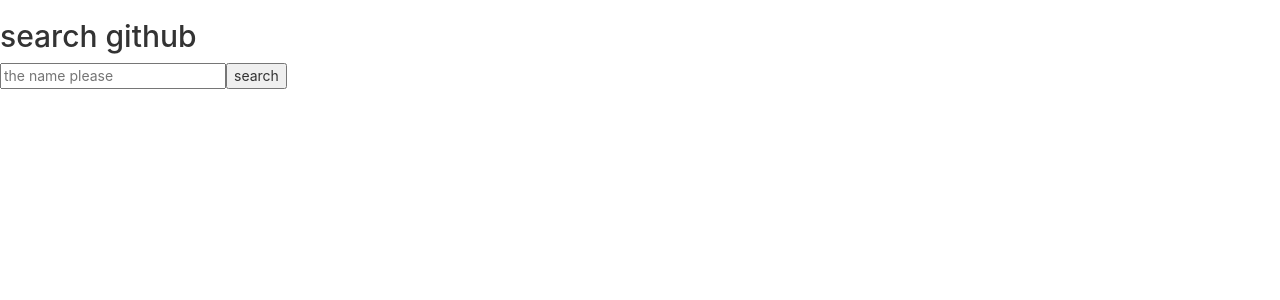
Repository: Shanshan67/React_a
Page: /
The author's editor kept a copy of each file at every save. The page is drawn from the files as they stood at one save, then again after a run of saves.
The browser window is 1280 px wide. The pictures show the whole page.
The project was rebuilt for these pictures with package versions that can differ from the ones it lists, and the page was loaded fresh each time.

Above is the page before, as saved 2022-12-10 01:39:54.

### public/index.html
<!DOCTYPE html>
<html lang="en">
  <head>
    <meta charset="utf-8" />
    <link rel="icon" href="%PUBLIC_URL%/favicon.ico" />
    <meta name="viewport" content="width=device-width, initial-scale=1" />
    <meta name="theme-color" content="#000000" />
    <meta
      name="description"
      content="Web site created using create-react-app"
    />
    <link rel="apple-touch-icon" href="%PUBLIC_URL%/logo192.png" />
    <!--
      manifest.json provides metadata used when your web app is installed on a
      user's mobile device or desktop. See https://developers.google.com/web/fundamentals/web-app-manifest/
    -->
    <link rel="manifest" href="%PUBLIC_URL%/manifest.json" />
    <link rel="stylesheet" href="/css/bootstrap.css" />
    <!--
      Notice the use of %PUBLIC_URL% in the tags above.
      It will be replaced with the URL of the `public` folder during the build.
      Only files inside the `public` folder can be referenced from the HTML.

      Unlike "/favicon.ico" or "favicon.ico", "%PUBLIC_URL%/favicon.ico" will
      work correctly both with client-side routing and a non-root public URL.
      Learn how to configure a non-root public URL by running `npm run build`.
    -->
    <title>React App</title>
  </head>
  <body>
    <noscript>You need to enable JavaScript to run this app.</noscript>
    <div id="root"></div>
    <!--
      This HTML file is a template.
      If you open it directly in the browser, you will see an empty page.

      You can add webfonts, meta tags, or analytics to this file.
      The build step will place the bundled scripts into the <body> tag.

      To begin the development, run `npm start` or `yarn start`.
      To create a production bundle, use `npm run build` or `yarn build`.
    -->
  </body>
</html>

### src/index.js
import React from 'react';
import ReactDOM from 'react-dom/client';

import './index.css';
import App from './App';

import reportWebVitals from './reportWebVitals';

const root = ReactDOM.createRoot(document.getElementById('root'));
root.render(

    <App/>

);

// If you want to start measuring performance in your app, pass a function
// to log results (for example: reportWebVitals(console.log))
// or send to an analytics endpoint. Learn more: https://bit.ly/CRA-vitals
reportWebVitals();

### src/App.jsx
import React, { Component } from 'react'
import List from './components/List'
import Search from './components/Search'
import './App.css'

export default class App extends Component {
  state={
    users:[],
    isFirst:true,
    isLoading:false,
    err:''
  }

  findUsers = (stateObj) => {
    this.setState(stateObj)
  }

  render() {
    return (
      <div>
        <Search findUsers={this.findUsers} />
        <List {...this.state} />
      </div>
    )
  }
}

### src/components/List/index.jsx
import React, { Component } from 'react'

export default class List extends Component {
  render() {
    const {users,isFirst, isLoading,err} = this.props
    return (
      <div>

        <div>
            <a href='' target='_blank'>
                <img src=''/>
            </a>
        </div>
      </div>
    )
  }
}

### src/components/Search/index.jsx
import React, { Component } from 'react'

export default class Search extends Component {
  search = async() => {
    const {value} = this.keyWord
    this.props.findUsers({isFirst:false, isLoading:true})
    try{
      const response = await fetch(`https://api.github.com/search/users?q=${value}`)
      const data = response.json()
      this.props.findUsers({isLoading:false,users:data.items})
    }catch(error){
      this.props.findUsers({isLoading:false,err:error.message})
    }
  }
  render() {
    return (
      <div>
        <h2>search github</h2>
        <div>
          <input ref={c=>this.keyWord=c} type="text" placeholder='the name please' />
          <button onClick={this.search}>search</button>
        </div>
      </div>
    )
  }
}

### src/App.css
.album {
  min-height: 50rem; /* Can be removed; just added for demo purposes */
  padding-top: 3rem;
  padding-bottom: 3rem;
  background-color: #f7f7f7;
}

.card {
  float: left;
  width: 33.333%;
  padding: .75rem;
  margin-bottom: 2rem;
  border: 1px solid #efefef;
  text-align: center;
}

.card > img {
  margin-bottom: .75rem;
  border-radius: 100px;
}

.card-text {
  font-size: 85%;
}

/*base*/
body {
  background: #fff;
}

.btn {
  display: inline-block;
  padding: 4px 12px;
  margin-bottom: 0;
  font-size: 14px;
  line-height: 20px;
  text-align: center;
  vertical-align: middle;
  cursor: pointer;
  box-shadow: inset 0 1px 0 rgba(255, 255, 255, 0.2), 0 1px 2px rgba(0, 0, 0, 0.05);
  border-radius: 4px;
}

.btn-danger {
  color: #fff;
  background-color: #da4f49;
  border: 1px solid #bd362f;
}

.btn-danger:hover {
  color: #fff;
  background-color: #bd362f;
}

.btn:focus {
  outline: none;
}

.todo-container {
  width: 600px;
  margin: 0 auto;
}
.todo-container .todo-wrap {
  padding: 10px;
  border: 1px solid #ddd;
  border-radius: 5px;
}

/*header*/
.todo-header input {
  width: 560px;
  height: 28px;
  font-size: 14px;
  border: 1px solid #ccc;
  border-radius: 4px;
  padding: 4px 7px;
}

.todo-header input:focus {
  outline: none;
  border-color: rgba(82, 168, 236, 0.8);
  box-shadow: inset 0 1px 1px rgba(0, 0, 0, 0.075), 0 0 8px rgba(82, 168, 236, 0.6);
}

/*main*/
.todo-main {
  margin-left: 0px;
  border: 1px solid #ddd;
  border-radius: 2px;
  padding: 0px;
}

.todo-empty {
  height: 40px;
  line-height: 40px;
  border: 1px solid #ddd;
  border-radius: 2px;
  padding-left: 5px;
  margin-top: 10px;
}
/*item*/
li {
  list-style: none;
  height: 36px;
  line-height: 36px;
  padding: 0 5px;
  border-bottom: 1px solid #ddd;
}

li label {
  float: left;
  cursor: pointer;
}

li label li input {
  vertical-align: middle;
  margin-right: 6px;
  position: relative;
  top: -1px;
}

li button {
  float: right;
  display: none;
  margin-top: 3px;
}

li:before {
  content: initial;
}

li:last-child {
  border-bottom: none;
}

/*footer*/
.todo-footer {
  height: 40px;
  line-height: 40px;
  padding-left: 6px;
  margin-top: 5px;
}

.todo-footer label {
  display: inline-block;
  margin-right: 20px;
  cursor: pointer;
}

.todo-footer label input {
  position: relative;
  top: -1px;
  vertical-align: middle;
  margin-right: 5px;
}

.todo-footer button {
  float: right;
  margin-top: 5px;
}

Loaded but not shown: src/index.css (common file); src/reportWebVitals.js (common file); public/css/bootstrap.css (library)

After the next 2 saves:
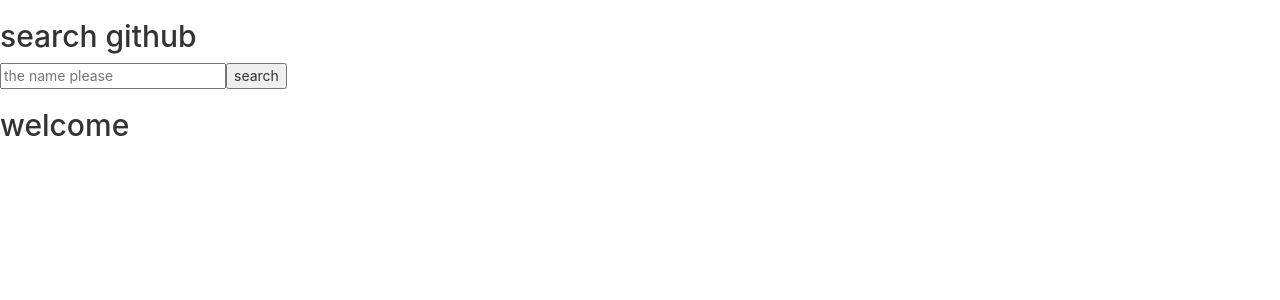
The 2 saves are shown as one change because 1 did not build or start.
The last was saved 4 min 4 s later.
--- a/src/components/List/index.jsx
+++ b/src/components/List/index.jsx
@@ -5,12 +5,20 @@
     const {users,isFirst, isLoading,err} = this.props
     return (
       <div>
-
-        <div>
-            <a href='' target='_blank'>
-                <img src=''/>
-            </a>
-        </div>
+        {
+            isFirst ? <h2>welcome</h2> :
+            isLoading ? <h2>loading...</h2> :
+            err ? <h2 style={{color:'red'}}>{err}</h2> :
+            users.map((u) => {
+                return (
+                    <div>
+                        <a href={u.ht} target='_blank'>
+                            <img src=''/>
+                        </a>
+                    </div>
+                )
+            })
+        }
       </div>
     )
   }
